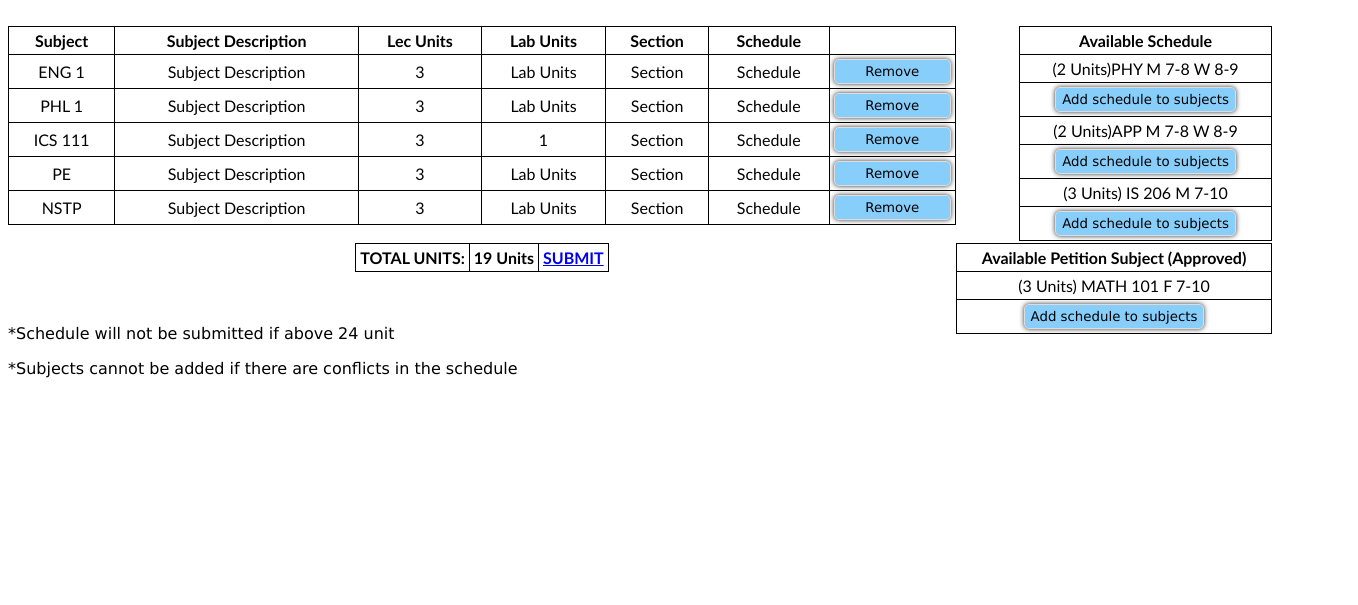
Repository: mawewatistel/PetitioningSystem
Page: http://localhost/SibuloTolentino/remove2.jsp
The author's editor kept a copy of each file at every save. The page is drawn from the files as they stood at one save, then again after the next save.
The browser window is 1280 px wide. The page is 1280 px wide, then 1358 px, so the pictures cover 1358 px, including what lies to the right of the window. The pictures show the whole page.
The page is served by Tomcat 9.

Above is the page before, as saved 2016-05-11 13:48:44.

After the next save:
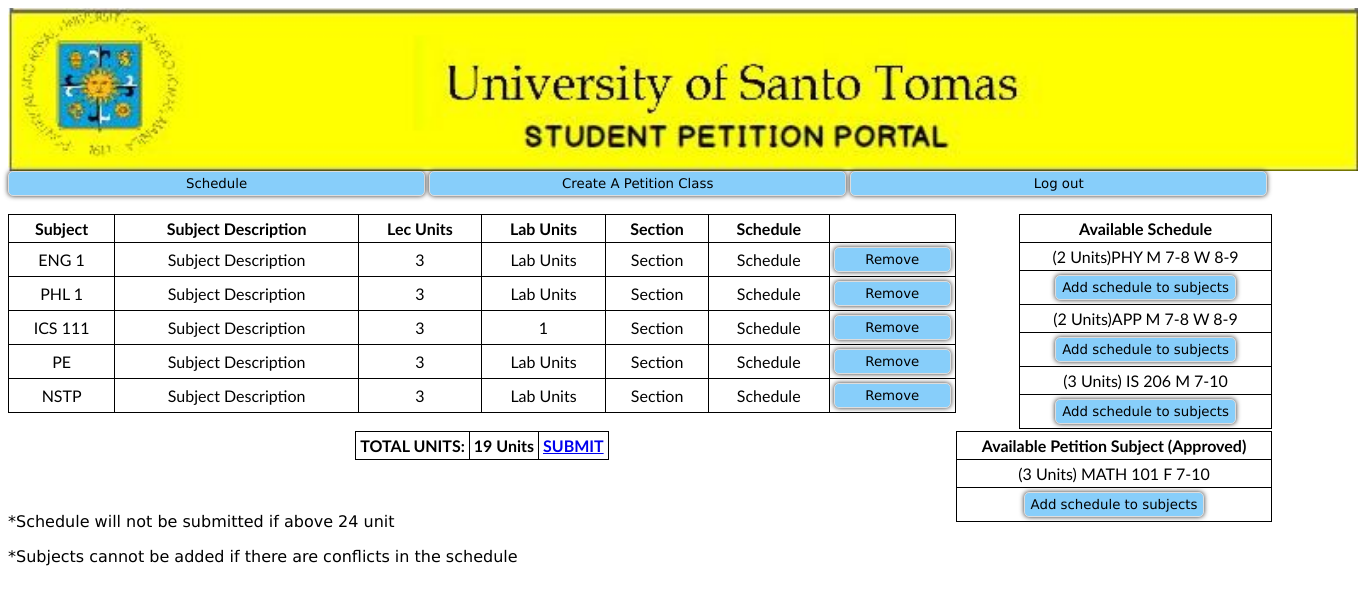
Saved 34 s later.
--- a/SibuloTolentino/WebContent/remove2.jsp
+++ b/SibuloTolentino/WebContent/remove2.jsp
@@ -7,6 +7,48 @@
 <title>Insert title here</title>
 </head>
 <body>
+<form action ="home.jsp" method = "post">
+<img src ="Images/ust.JPG" alt = "Missing Image!=" width = 1350 height= ><br>
+<input type="submit" name="one" id="remove" value="Schedule" style="width:33%" style="height:15%"/>
+<input type="submit" name="two" id="remove" value="Create A Petition Class" style="width:33%" style="height:15%"/>
+<input type="submit" name="three" id="remove" value="Log out" style="width:33%" style="height:15%"/></form>
+<% if (request.getParameter("one") != null) {
+    response.sendRedirect("home.jsp");
+}
+else if (request.getParameter("two") != null) {
+    response.sendRedirect("create.jsp");
+}
+else if (request.getParameter("three") != null) {
+    response.sendRedirect("index.jsp");
+}
+else if (request.getParameter("rone") != null){
+	response.sendRedirect("remove1.jsp");
+}
+else if (request.getParameter("rtwo") != null){
+	response.sendRedirect("remove2.jsp");
+}
+else if (request.getParameter("rthree") != null){
+	response.sendRedirect("remove3.jsp");
+}
+else if (request.getParameter("rfour") != null){
+	response.sendRedirect("remove4.jsp");
+}
+else if (request.getParameter("rfive") != null){
+	response.sendRedirect("remove5.jsp");
+}
+else if (request.getParameter("rsix") != null){
+	response.sendRedirect("remove6.jsp");
+}
+else if (request.getParameter("rone") != null){
+	response.sendRedirect("remove1.jsp");
+}
+else if (request.getParameter("rone") != null){
+	response.sendRedirect("remove1.jsp");
+}
+else if (request.getParameter("rone") != null){
+	response.sendRedirect("remove1.jsp");
+} %>
+
 <br>
 <table border="1" align="right" style ="width: 20%">
 <tr>
